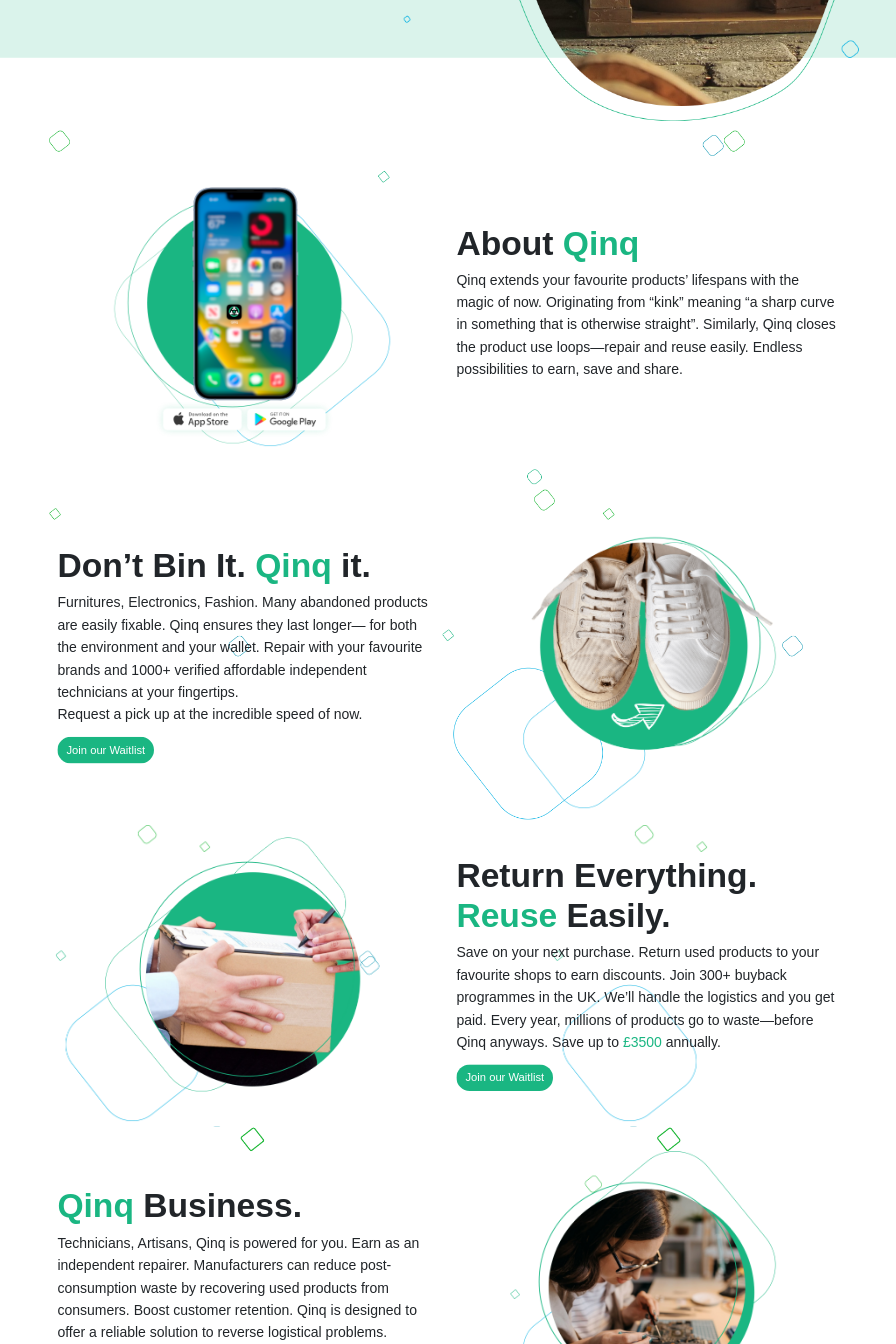
Repository: HelloQinq2023/qinq.github.io
Page: index.html
The author's editor kept a copy of each file at every save. The page is drawn from the files as they stood at one save, then again after the next save.
The browser window is 1280 px wide. The pictures show the part of the page from y = 682 to 2602 px (the page is 3722 px tall), at 70% of full size.
Backgrounds fixed to the window are drawn as part of the page. Some web fonts or font styles are not loaded; a fallback is used.

Above is the page before, as saved 2023-03-01 17:31:47.

After the next save:
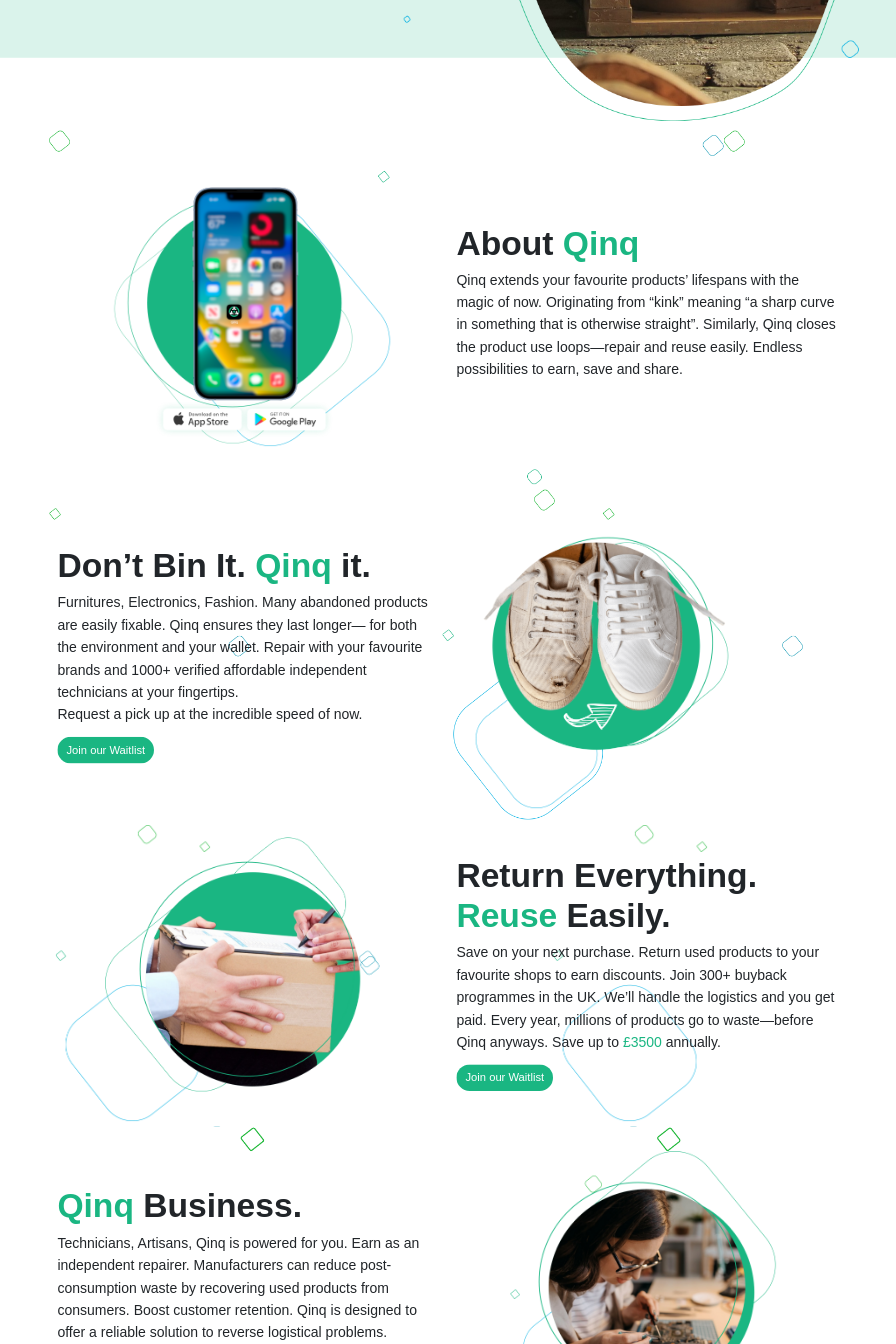
Saved 62 s later.
--- a/index.html
+++ b/index.html
@@ -112,6 +112,9 @@
 
         <div class="container py-3 mt-2" style="background:url('images/about2section.png'); background-size:contain">
             <div class="row">
+              <div class="col-md-6 d-flex justify-content-center align-items-center d-block d-md-none">
+                  <img src="images/about2.png" class="w-75 img-fluid img-responsive img">
+              </div>
                 <div class="col-md-6 d-flex justify-content-center align-items-center">
                     <div>
                         <h2 class="display-5" style="font-weight:600">Don’t Bin It. <span class="green">Qinq</span> it.</h2>
@@ -123,7 +126,7 @@
                             <button class="btn greenbg text-white rounded-pill"> Join our Waitlist</button>
                     </div>
                 </div>
-                <div class="col-md-6 d-flex justify-content-center align-items-center ">
+                <div class="col-md-6 d-flex justify-content-center align-items-center d-none d-md-block">
                     <img src="images/about2.png" class="w-75 img-fluid img-responsive img">
                 </div>
             </div>
